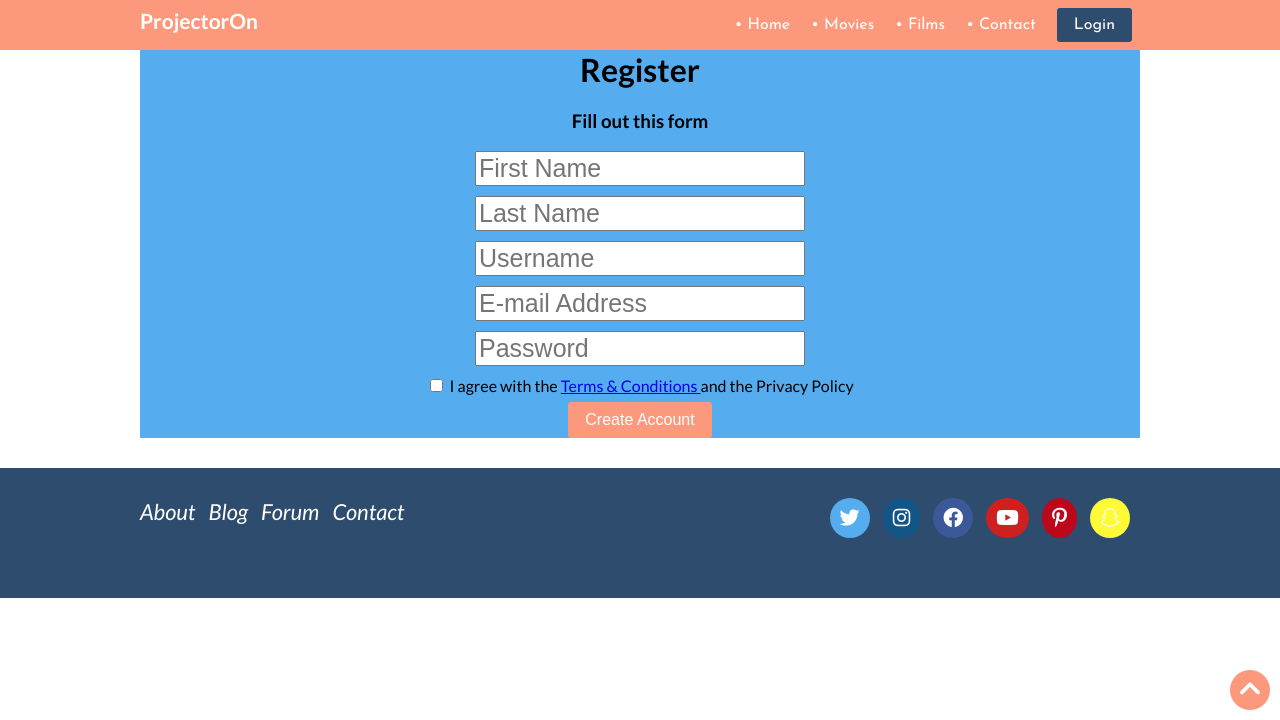
Repository: albayrakfatih/ProjectorOn_WebMovieApp
Page: register.html
An editor plug-in stored every save of this project. The page is shown before and after the next save, followed by the edit.
The browser window is 1280 px wide. The pictures show the whole page.
Some web libraries are served in a nearby version.

Above is the page before, as saved 2023-04-30 01:51:00.

After the next save:
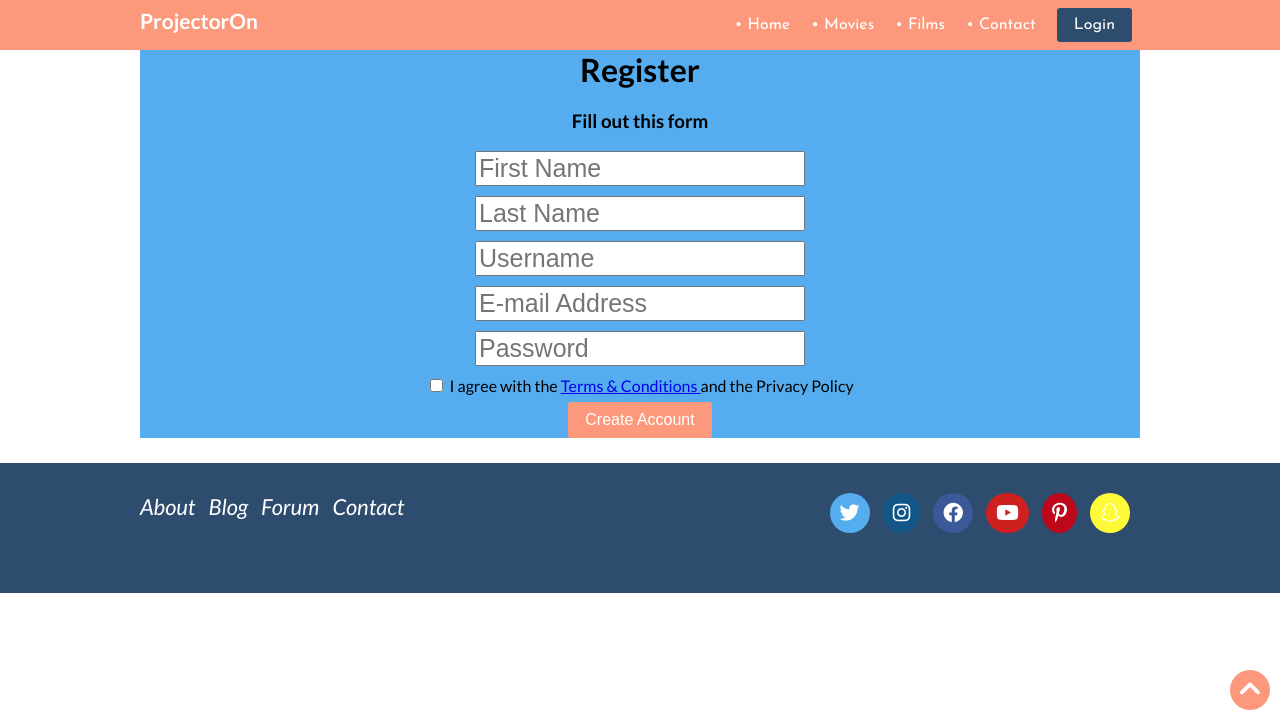
Saved 44 s later.
--- a/register.html
+++ b/register.html
@@ -43,7 +43,7 @@
 
    <main class="signup-page">
     <div class="container">
-        <div class="row">
+        <!-- <div class="row"> -->
             <div class="register-card">
                 <h1>Register</h1>
                 <h3>Fill out this form</h2>

After the 2 saves that followed:
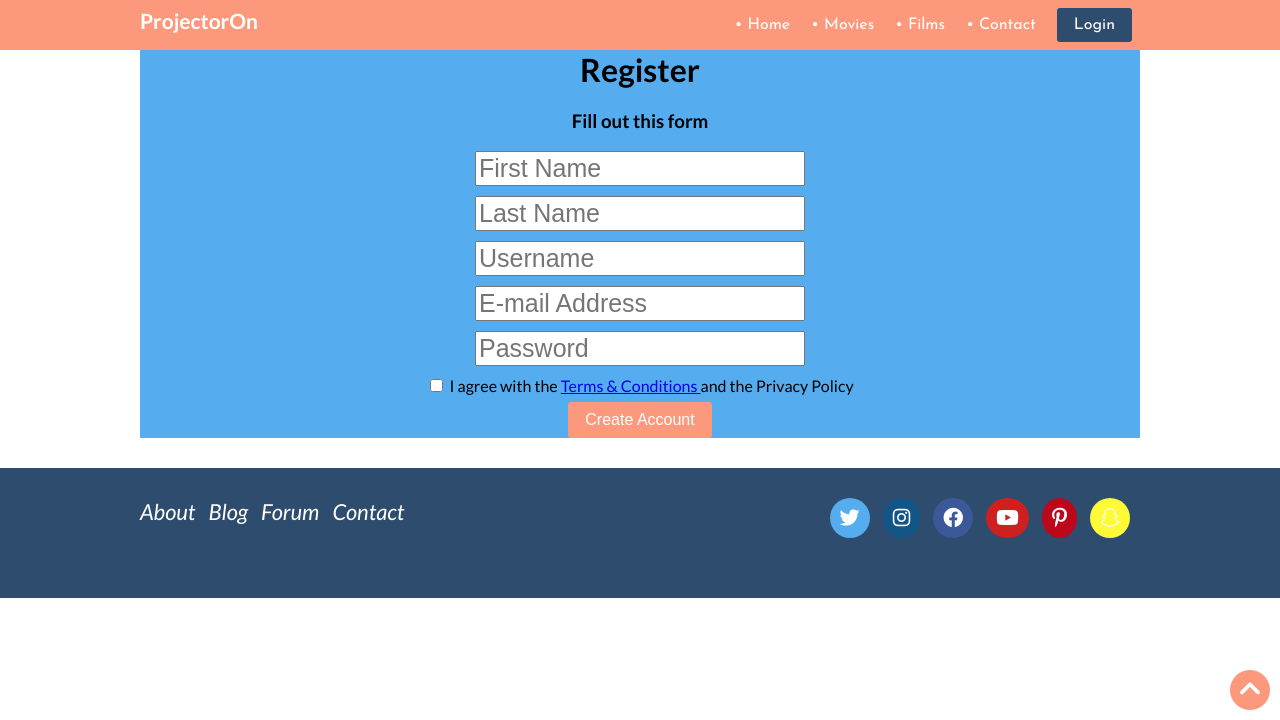
The 2 saves are shown as one change because 1 left the picture as it was.
The last was saved 18 s later.
--- a/register.html
+++ b/register.html
@@ -43,7 +43,7 @@
 
    <main class="signup-page">
     <div class="container">
-        <!-- <div class="row"> -->
+        <div class="row">
             <div class="register-card">
                 <h1>Register</h1>
                 <h3>Fill out this form</h2>
